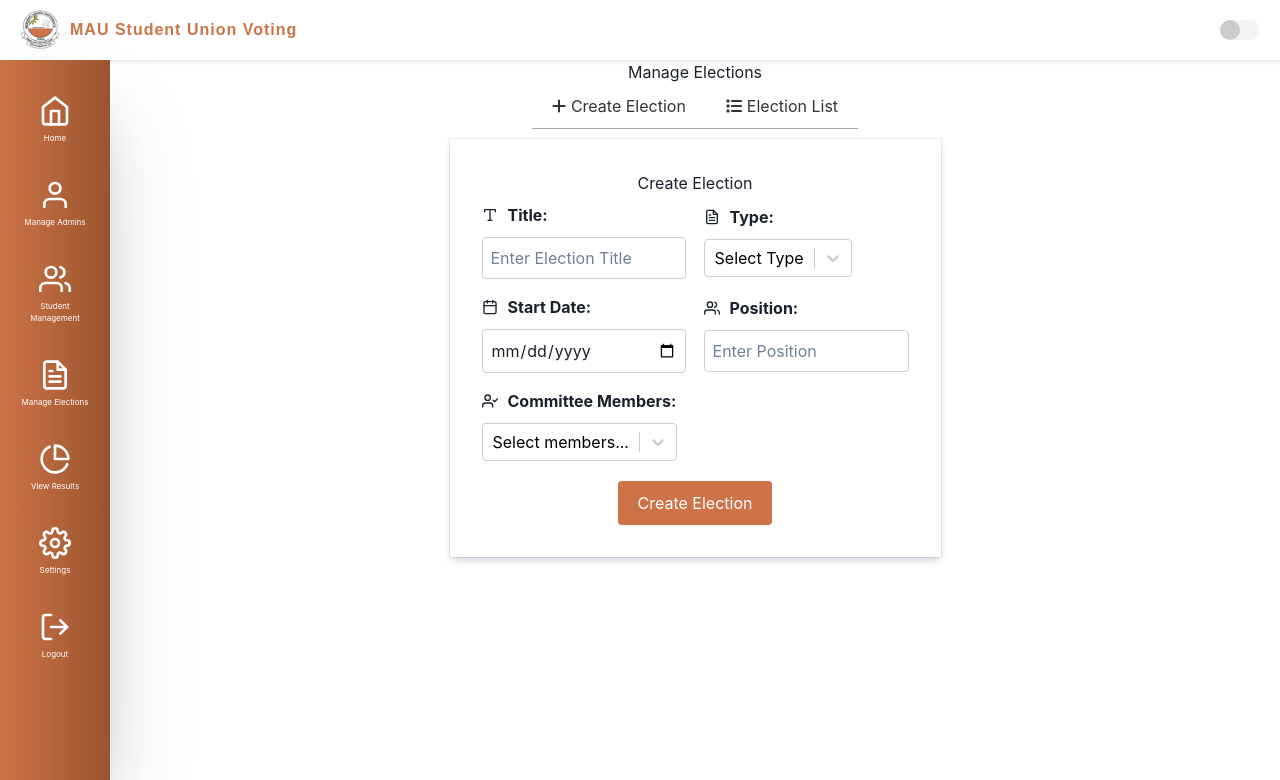
Repository: joena1o/e-vote
Page: /admin-dashboard/manage-elections
These files come from the project's save history. The page is drawn as it stood at one moment and after the next save; the edit follows.
The browser window is 1280 px wide. The pictures show the whole page.
The project was rebuilt for these pictures with package versions that can differ from the ones it lists, and the page was loaded fresh each time. Also part of the build but not shown: src/components/EnhancedLogin.js, src/components/maincontent/RegisterStudents/ManageStudents.js, src/components/maincontent/RegisterStudents/RegisterStudents.js, src/components/maincontent/RegisterStudents/StudentManagement.js, src/components/maincontent/ElectionResults/ViewResults.js, src/components/maincontent/Settings/Settings.js, src/api/index.js, src/components/maincontent/home/Home.styles.js and 15 more.

Above is the page before, as saved 2023-10-24 07:24:42.

After the next save:
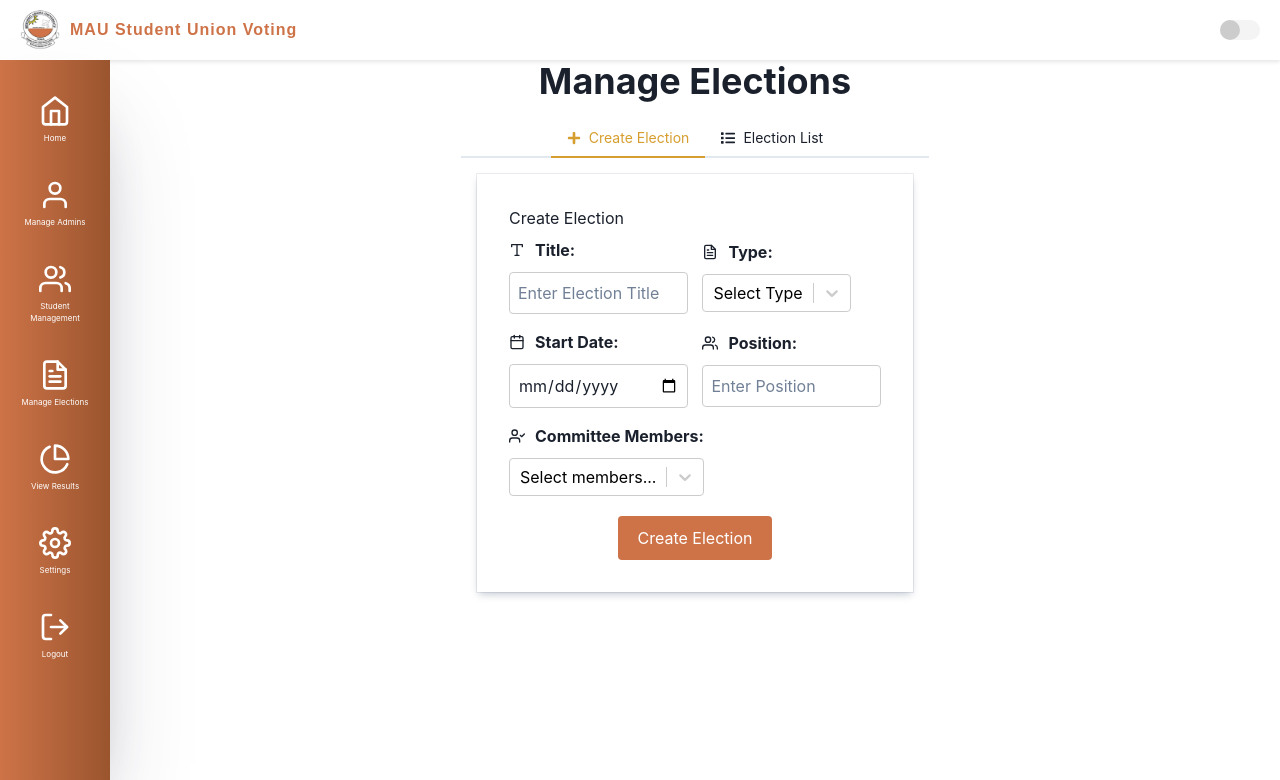
Saved 3 min 32 s later.
--- a/src/components/maincontent/ManageElections/ManageElections.js
+++ b/src/components/maincontent/ManageElections/ManageElections.js
@@ -1,55 +1,8 @@
 import React, { useState } from 'react';
-import { Tab, TabList, TabPanel, Tabs } from 'react-tabs';
-import 'react-tabs/style/react-tabs.css'; // Import styles for react-tabs
-import styled from 'styled-components';
+import { Tabs, TabList, TabPanels, Tab, TabPanel, Box, Flex, Heading, Icon } from '@chakra-ui/react';
 import CreateElections from './CreateElection';
 import ElectionList from './ElectionList';
-import { FontAwesomeIcon } from '@fortawesome/react-fontawesome';
-import { faPlus, faList } from '@fortawesome/free-solid-svg-icons'; // Import Font Awesome icons
-
-const FullHeightContainer = styled.div`
-  height: 100%;
-  display: flex;
-  flex-direction: column;
-  justify-content: flex-start;
-  align-items: center;
-  width: 100%;
-`;
-
-const TabsContainer = styled.div`
-  text-align: center;
-  width: 100%;
-  max-width: 1200px;
-  flex: 1;
-  display: flex;
-  flex-direction: column;
-  align-items: center;
-`;
-
-const StyledTab = styled(Tab)`
-  padding: 10px 20px;
-  color: #333;
-  cursor: pointer;
-  margin: 0;
-  display: flex;
-  align-items: center;
-  justify-content: center;
-  transition: background-color 0.2s ease-in-out;
-
-  &:hover {
-    background-color: #e0e0e0;
-  }
-
-  &.react-tabs__tab--selected {
-    background-color: #fff;
-    border: none; /* Remove the border */
-    border-radius: 5px 5px 0 0;
-  }
-`;
-
-const IconWrapper = styled.div`
-  margin-right: 5px;
-`;
+import { FaPlus, FaList } from 'react-icons/fa'; // Using react-icons for Font Awesome icons
 
 const ManageElections = () => {
   const [activeTab, setActiveTab] = useState(0);
@@ -59,35 +12,31 @@ const ManageElections = () => {
   };
 
   return (
-    <FullHeightContainer>
-      <h1>Manage Elections</h1>
-      <TabsContainer>
-        <Tabs selectedIndex={activeTab} onSelect={handleTabChange}>
-          <TabList style={{ display: 'flex', justifyContent: 'center' }}>
-            <StyledTab>
-              <IconWrapper>
-                <FontAwesomeIcon icon={faPlus} />
-              </IconWrapper>
+    <Flex direction="column" align="center" w="100%" h="100%">
+      <Heading mb={4}>Manage Elections</Heading>
+      <Box w="40%" maxW="500px">
+        <Tabs index={activeTab} onChange={handleTabChange} isLazy>
+          <TabList justifyContent="center">
+            <Tab fontSize="sm" px={4} py={2} _selected={{ borderBottom: '2px solid', borderColor: 'yellow.500', color: 'yellow.500' }}>
+              <Icon as={FaPlus} mr={2} />
               Create Election
-            </StyledTab>
-            <StyledTab>
-              <IconWrapper>
-                <FontAwesomeIcon icon={faList} />
-              </IconWrapper>
+            </Tab>
+            <Tab fontSize="sm" px={4} py={2} _selected={{ borderBottom: '2px solid', borderColor: 'yellow.500', color: 'yellow.500' }}>
+              <Icon as={FaList} mr={2} />
               Election List
-            </StyledTab>
+            </Tab>
           </TabList>
+          <TabPanels>
+            <TabPanel>
+              <CreateElections />
+            </TabPanel>
+            <TabPanel>
+              <ElectionList />
+            </TabPanel>
+          </TabPanels>
         </Tabs>
-        <Tabs selectedIndex={activeTab} onSelect={handleTabChange}>
-          <TabPanel>
-            <CreateElections />
-          </TabPanel>
-          <TabPanel>
-            <ElectionList />
-          </TabPanel>
-        </Tabs>
-      </TabsContainer>
-    </FullHeightContainer>
+      </Box>
+    </Flex>
   );
 };
 
